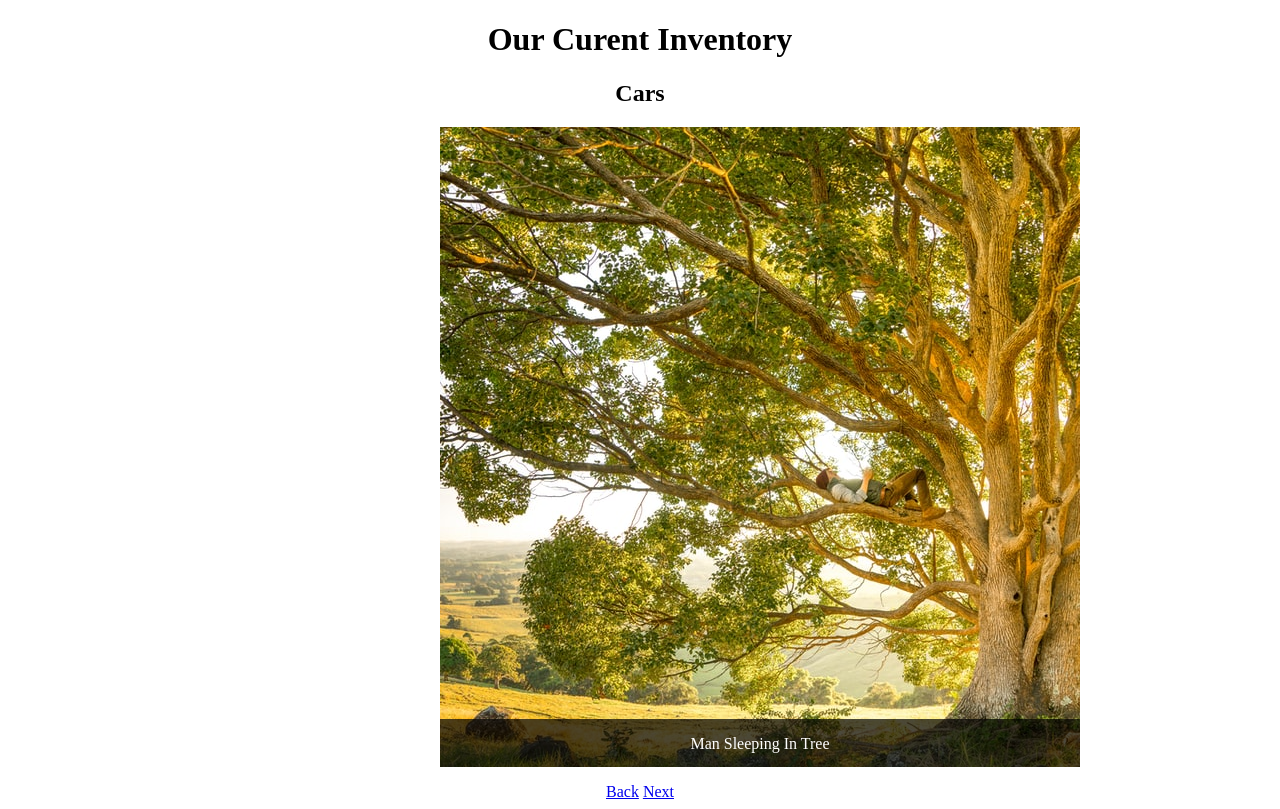
Repository: alexmaddux99/Image-Gallery
Page: index.html
The author's editor kept a copy of each file at every save. The page is drawn from the files as they stood at one save, then again after the next save.
The browser window is 1280 px wide. The pictures show the whole page.

Above is the page before, as saved 2022-03-08 11:58:41.

After the next save:
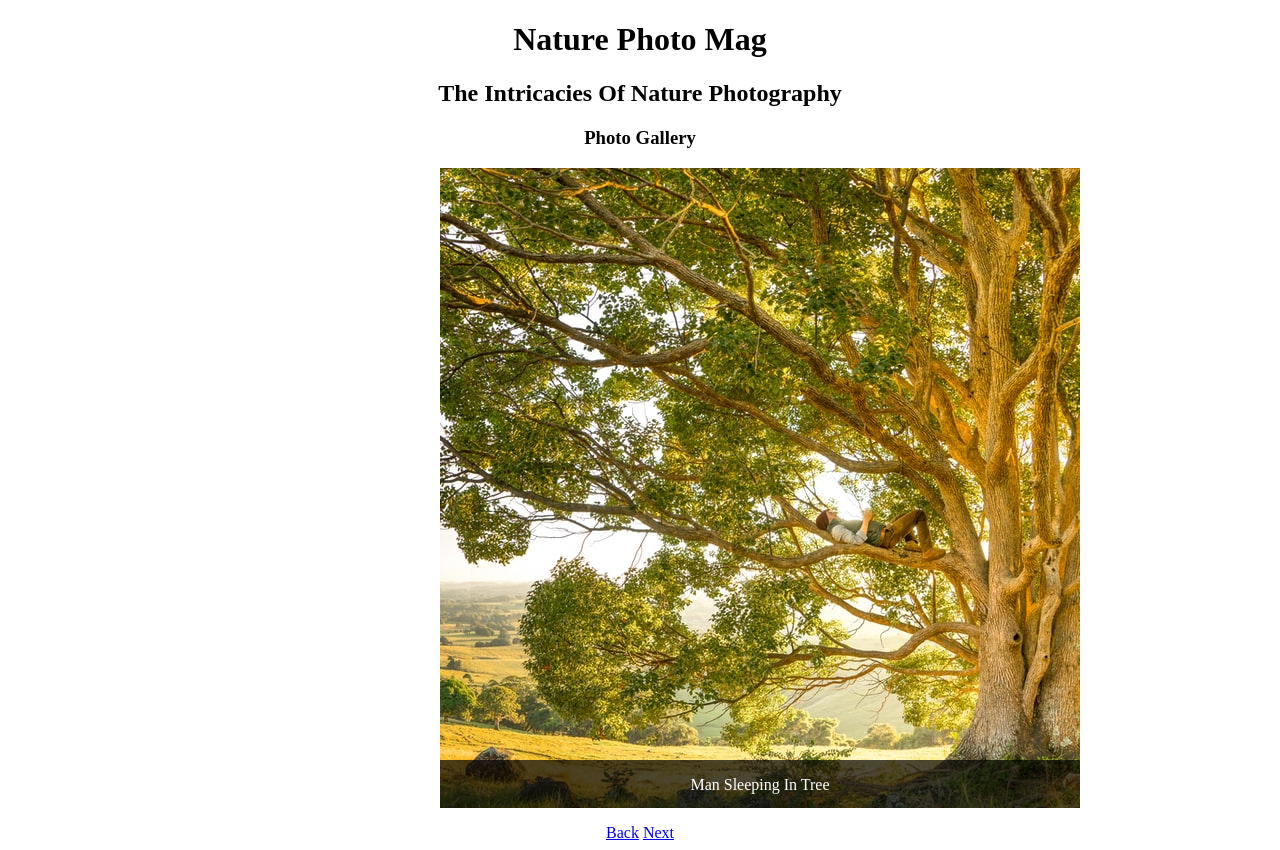
Saved 2 min 18 s later.
--- a/index.html
+++ b/index.html
@@ -9,10 +9,10 @@
 </head>
 <body>
 
-<h1>Our Curent Inventory</h1>
-
+<h1>Nature Photo Mag</h1>
+<h2>The Intricacies Of Nature Photography</h2>
 <section>
-  <h2>Cars</h2>
+  <h3>Photo Gallery</h3>
 
   <figure class="frame">
 
